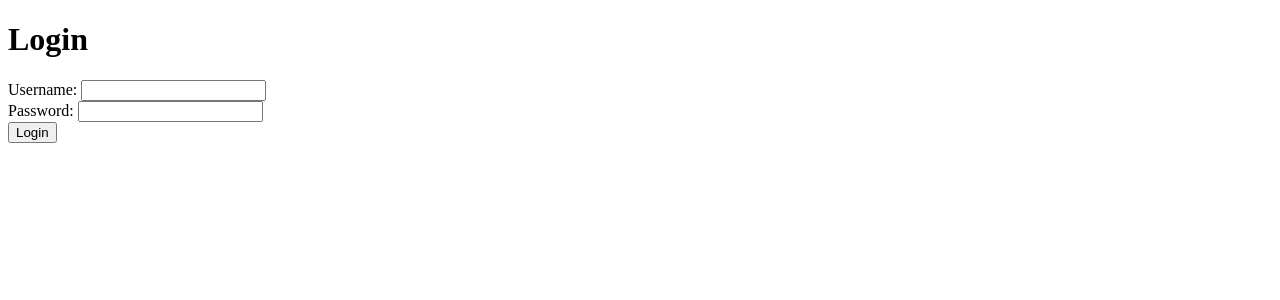
Repository: TemoshoS/User-Profile
Page: http://localhost/login
These files come from the project's save history. The page is drawn as it stood at one moment and after the next save; the edit follows.
The browser window is 1280 px wide. The pictures show the whole page.
The page is served by the project's Node server (app.js).

Above is the page before, as saved 2023-08-01 09:52:54.

### views/login.ejs
<!DOCTYPE html>
<html>
<head>
  <title>Login Page</title>
</head>
<body>
  <h1>Login</h1>
  <form method="post" action="/login">
    <label for="username">Username:</label>
    <input type="text" id="username" name="username" required><br>
    <label for="password">Password:</label>
    <input type="password" id="password" name="password" required><br>
    <button type="submit">Login</button>
  </form>
  <p style="color: red;"><%= message %></p>
</body>
</html>

### app.js
const express = require('express');
const session = require('express-session');
const bodyParser = require('body-parser');
const app = express();

// In-memory data store for users (replace this with a real database in production)
const users = [
  { id: 1, username: 'user1', email: 'user1@example.com', password: 'password1' },
  { id: 2, username: 'user2', email: 'user2@example.com', password: 'password2' },
];

app.set('view engine', 'ejs');

app.use(session({
  secret: 'your_secret_key',
  resave: false,
  saveUninitialized: true,
}));

app.use(bodyParser.urlencoded({ extended: true }));

// Middleware to check if the user is logged in
function requireLogin(req, res, next) {
  if (req.session && req.session.user) {
    return next();
  } else {
    return res.redirect('/login');
  }
}

app.get('/', requireLogin, (req, res) => {
  res.redirect('/dashboard');
});

app.get('/login', (req, res) => {
  res.render('login', { message: '' });
});

// Simulating an asynchronous login function
function performLogin(email, password) {
  return new Promise((resolve, reject) => {
    setTimeout(() => {
      const user = users.find(user => user.email === email && user.password === password);
      if (user) {
        resolve(user);
      } else {
        reject(new Error('Invalid credentials'));
      }
    }, 1000); // Simulating a delay of 1 second
  });
}

app.post('/login', async (req, res) => {
  const { email, password } = req.body;

  try {
    const user = await performLogin(email, password);
    req.session.user = user;
    res.redirect('/dashboard');
  } catch (error) {
    res.render('login', { message: 'Invalid credentials, please try again.' });
  }
});

app.get('/dashboard', requireLogin, (req, res) => {
  const userImages = getUserImages(req.session.user.id);
  const userVideos = getUserVideos(userImages);

  Promise.all([userImages, userVideos]).then(([images, videos]) => {
    console.log('User Images:', images);
    console.log('User Videos:', videos);
    res.render('dashboard', { user: req.session.user, images, videos });
  });
});

function getUserImages(userId) {
  return new Promise((resolve) => {
    setTimeout(() => {
      resolve([`image1 of user ${userId}`, `image2 of user ${userId}`, `image3 of user ${userId}`]);
    }, 1000); // Simulating a delay of 1 second
  });
}

function getUserVideos(images) {
  return new Promise((resolve) => {
    setTimeout(() => {
      const userId = images[0].split(' ')[3]; // Extracting user ID from the first image
      resolve([`video1 of user ${userId}`, `video2 of user ${userId}`, `video3 of user ${userId}`, `video4 of user ${userId}`]);
    }, 1000); // Simulating a delay of 1 second
  });
}

app.get('/logout', (req, res) => {
  req.session.destroy((err) => {
    if (err) {
      console.log(err);
    }
    res.redirect('/login');
  });
});

const port = 3000;
app.listen(port, () => {
  console.log(`Server running on port ${port}`);
});

After the next save:
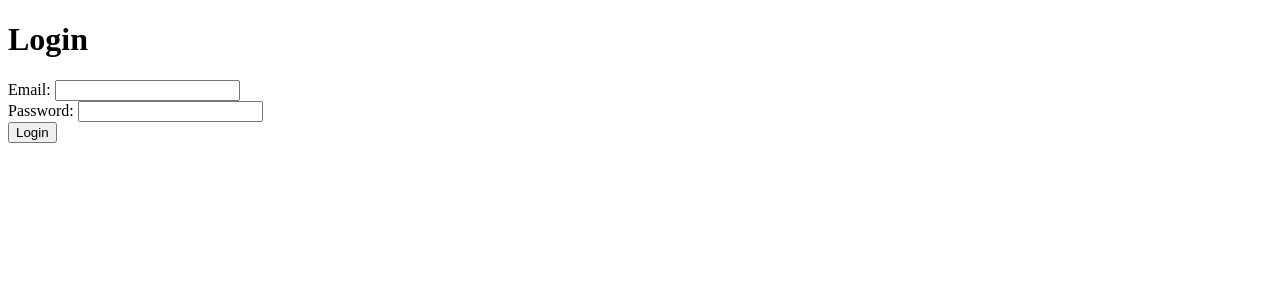
Saved 3 min 25 s later.
--- a/views/login.ejs
+++ b/views/login.ejs
@@ -1,3 +1,5 @@
+<!-- login.ejs -->
+
 <!DOCTYPE html>
 <html>
 <head>
@@ -6,8 +8,8 @@
 <body>
   <h1>Login</h1>
   <form method="post" action="/login">
-    <label for="username">Username:</label>
-    <input type="text" id="username" name="username" required><br>
+    <label for="email">Email:</label>
+    <input type="email" id="email" name="email" required><br>
     <label for="password">Password:</label>
     <input type="password" id="password" name="password" required><br>
     <button type="submit">Login</button>
